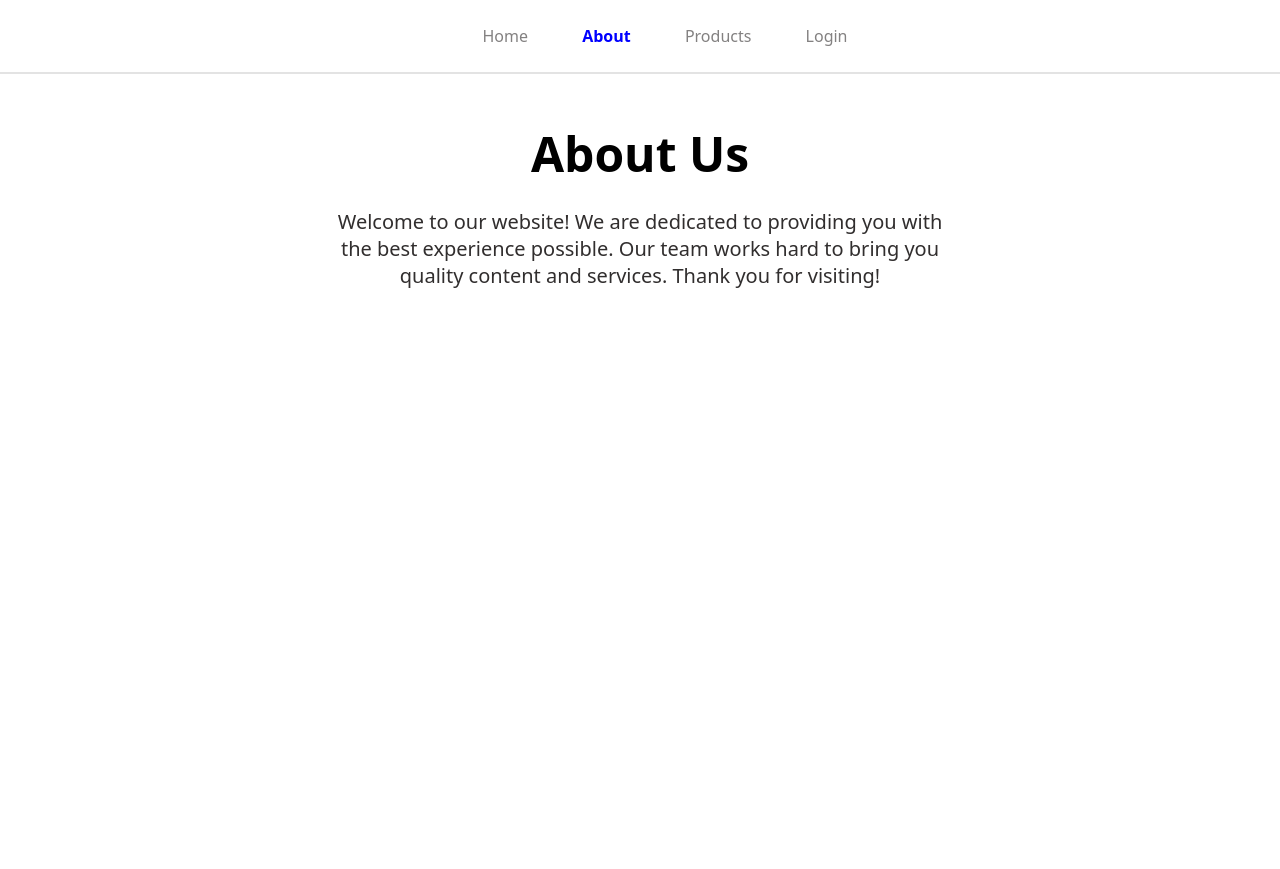
Repository: Yeyolive/WebDev_Collab_2025
Page: Basic_Projects/Basic-Website/about.html
The author's editor kept a copy of each file at every save. The page is drawn from the files as they stood at one save, then again after the next save.
The browser window is 1280 px wide. The pictures show the whole page.

Above is the page before, as saved 2025-11-02 20:55:04.

### Basic_Projects/Basic-Website/about.html
<!DOCTYPE html>
<html lang="en">
  <head>
    <meta charset="utf-8" />
    <meta name="viewport" content="width=device-width, initial-scale=1.0" />
    <title>About</title>
    <link rel="stylesheet" href="styles.css" />
  </head>

  <body>
    <!-- NAVIGATION BAR -->
    <nav>
      <a href="index.html">Home</a>
      <a href="about.html" class="active">About</a>
      <a href="products.html">Products</a>
      <a href="login.html">Login</a>
    </nav>

    <!--ABOUT-->
    <header>
      <h1>About Us</h1>
      <p>
        Welcome to our website! We are dedicated to providing you with the best
        experience possible. Our team works hard to bring you quality content
        and services. Thank you for visiting!
      </p>
      <br />
      <iframe
        class="video-player"
        src="c:\Users\Dayke\Downloads\14538043_3840_2160_120fps.mp4"
        title="Local video player"
        frameborder="0"
        allow="autoplay; fullscreen; picture-in-picture"
        allowfullscreen
      ></iframe>
    </header>
  </body>
</html>

### Basic_Projects/Basic-Website/styles.css
* {
  margin: 0;
  padding: 0;
}

html {
  text-align: center;
  font-family: system-ui, -apple-system, BlinkMacSystemFont, "Segoe UI", Roboto,
    Oxygen, Ubuntu, Cantarell, "Open Sans", "Helvetica Neue", sans-serif;
}

nav {
  position: fixed;
  top: 0;
  width: 100%;
  padding: 25px;
  border-bottom: 2px solid #e3e3e3;
}

nav a {
  text-decoration: none;
  color: rgb(131, 129, 129);
  margin: 0 25px;
}

nav a:hover {
  color: blue;
  cursor: pointer;
}

nav a.active {
  font-weight: bold;
  color: blue;
}

header {
  padding-top: 125px;
}

header p {
  margin: 25px auto;
  width: 50%;
  font-size: 1.25rem;
  color: rgb(49, 46, 46);
}

h1 {
  font-size: 3rem;
  line-height: 1.2em;
  font-weight: bold;
}

span {
  color: blue;
  font-weight: bold;
}

#cta-button {
  text-decoration: none;
  text-transform: uppercase;
  background: linear-gradient(to right, #0c6fd9, #0310a3);
  color: white;
  padding: 1em 3em;
  border-radius: 30px;
  display: inline-block;
  margin-top: 25px;
  font-weight: bold;
  transition: 150ms ease-in-out;
}

#cta-button:hover {
  background: linear-gradient(to right, #0310a3, #0c6fd9);
  cursor: pointer;
  scale: 1.05;
}

.video-player {
  margin-top: 50px;
  width: min(850px, 100%);
  aspect-ratio: 16 / 9;
  border-radius: 25px;
}

After the next save:
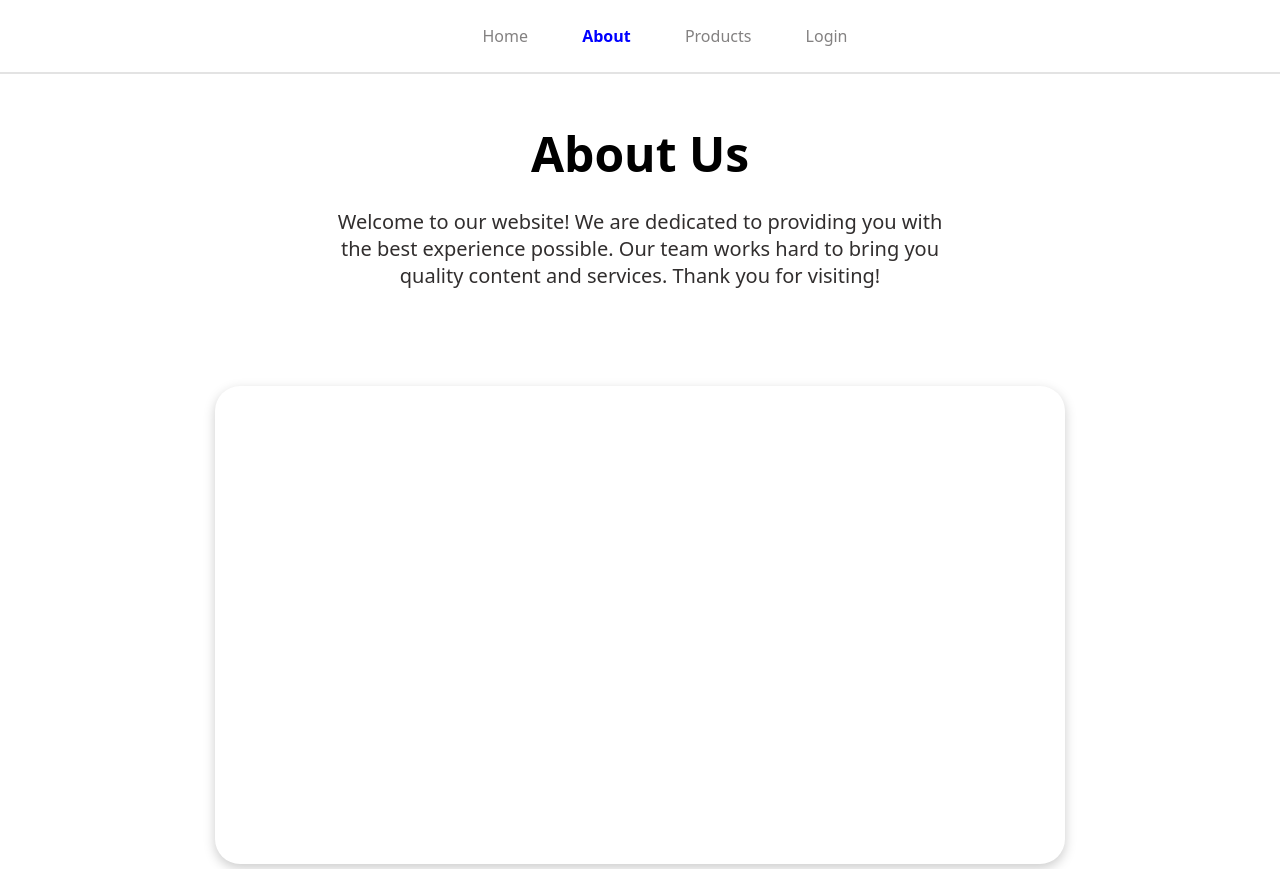
Saved 28 s later.
--- a/Basic_Projects/Basic-Website/styles.css
+++ b/Basic_Projects/Basic-Website/styles.css
@@ -79,4 +79,5 @@ span {
   width: min(850px, 100%);
   aspect-ratio: 16 / 9;
   border-radius: 25px;
+  box-shadow: hsl(0, 0%, 80%) 0px 4px 12px;
 }
